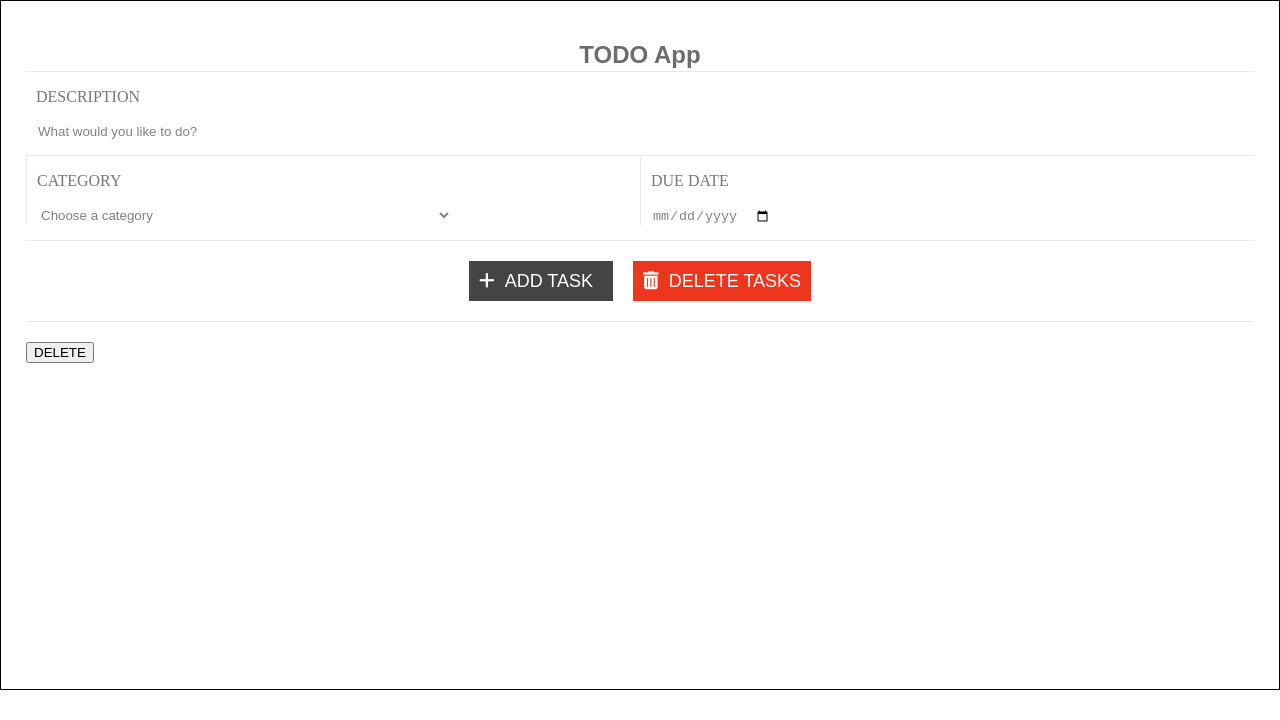
Repository: king-slayer97/TODO-App
Page: http://localhost/
The author's editor kept a copy of each file at every save. The page is drawn from the files as they stood at one save, then again after the next save.
The browser window is 1280 px wide. The pictures show the whole page.
Some web libraries are served in a nearby version. The page is served by the project's Node server (index.js). Other server files are loaded and not shown. Queries for data that is not in the repository find no rows.

Above is the page before, as saved 2022-08-16 22:47:16.

### views/home.ejs
<!DOCTYPE html>
<html lang="en">

<head>
    <meta charset="UTF-8">
    <meta http-equiv="X-UA-Compatible" content="IE=edge">
    <meta name="viewport" content="width=device-width, initial-scale=1.0">
    <title>TODO App</title>
    <link rel="stylesheet" href="https://cdnjs.cloudflare.com/ajax/libs/font-awesome/6.1.1/css/all.min.css"
        integrity="sha512-KfkfwYDsLkIlwQp6LFnl8zNdLGxu9YAA1QvwINks4PhcElQSvqcyVLLD9aMhXd13uQjoXtEKNosOWaZqXgel0g=="
        crossorigin="anonymous" referrerpolicy="no-referrer" />
    <link rel="stylesheet" href="/css/home.css">
</head>

<body>
    <div class="wrapper">
        <div class="heading">
            <h2>TODO App</h2>
        </div>
        <form action="" method="post">
            <div class="description">
                <p>Description</p>
                <input type="text" name="description" placeholder="What would you like to do?">
            </div>
            <div class="section2">
                <div class="category">
                    <p>Category</p>
                    <select name="category">
                        <option selected disabled><i class="fa-solid fa-caret-down"></i>Choose a category </option>
                        <option value="Personal">Personal</option>
                        <option value="Work">Work</option>
                        <option value="School">School</option>
                        <option value="Cleaning">Cleaning</option>
                        <option value="Other">Other</option>
                    </select>
                </div>
                <div class="date">
                    <p>Due Date</p>
                    <input type="date" name="due_date">
                </div>
            </div>
            <div class="buttons">
                <button type="submit" id="add-button" formaction="/create-task"><i class="fa-solid fa-plus"></i>Add
                    Task</button>
                <button id="delete-button" formaction="/delete-task"><i
                        class="fa-solid fa-trash-can"></i>Delete Tasks</button>
            </div>
        <!-- </form>
        <form action="/delete-task" method="POST"> -->
            <div class="tasks">
                <% for(let task of tasks){ %>
                <div class="task">
                    <div class="task-desc">
                        <input type="checkbox" name="taskItem" value=<%=task._id %>>
                        <label>
                            <%=task.description %>
                        </label>
                    </div>
                    <span class="task-dueDate">
                        <i class="fa-solid fa-calendar-days"></i>
                        <%=task.due_date %>
                    </span>
                </div>
                <% } %>
            </div>
            <button type="submit">DELETE</button>
        </form>
    </div>
</body>

</html>

### index.js
const express = require('express');
const PORT = 3000;
const app = express();
const db = require('./config/mongoose');

//setup view engine
app.set('view engine', 'ejs');
app.set('views','./views');
app.use(express.static('assets'));
app.use(express.urlencoded());

//importing routes
const router = require('./routes');
app.use('/',router);

//Listening on port 3000
app.listen(PORT, function(err){
    if(err) {
        console.log(`Error: ${err}`);
    }
    else{
        console.log(`Listening on port ${PORT}`);
    }
});

### controllers/home_controller.js
const Task = require('../models/userTask');

module.exports.homePage = function(req, res){
    Task.find({}, function(err, taskList){
        if(err){
            console.log(`Couldnt perform read operation. Please try again!`);
        }
        else{
            // console.log(taskList);
            res.render('home',{title: "TODO App",tasks:taskList});
        }
    });
};

### assets/css/home.css
body {
  margin: 0;
}

.wrapper {
  border: 1px solid black;
  padding: 20px 25px;
  height: 90vh;
}

.heading {
  text-align: center;
  border-bottom: 1px solid #eaeaea;
  height: 30px;
  /* display: flex;
    align-items: center;
    justify-content: center; */
}

.heading h2 {
  color: #6e6c6b;
  font-family: Arial, Helvetica, sans-serif;
  /* font-style: inherit; */
}

.description {
  border-bottom: 1px solid #eaeaea;
  /* display: flex;
    flex-direction:column;
    justify-content: flex-start; */
  /* background-color: yellow; */
  padding: 0px 10px;
  padding-bottom: 15px;
}

.description p,
.category p,
.date p {
  color: #797575;
  text-transform: uppercase;
  /* background-color: pink; */
}
/*
.description input[type="text"]{
    border-style: none;
    text-align: left;
} */

.section2 {
  display: flex;
  align-items: center;
  justify-content: flex-start;
  border-bottom: 1px solid #eaeaea;
  padding-bottom: 15px;
}

.category select {
    width: 70%;
  /* -webkit-appearance: none;
  -moz-appearance: none;
  appearance: none; Remove default arrow */
  /* background-image: url(...);   Add custom arrow */
  background-color: transparent;

}

select option {
    cursor: pointer;
    /* color: #333; */
}

.category,
.date {
  /* height: 100%; */
  padding: 0px 10px;
  flex: 0.5;
}

/* .date input[type="date"] {
  /* height: 100%; */
/* } */

.category select,
.description input[type="text"],
.date input[type="date"] {
  border: none;
  outline: 0px;
  color: grey;
  /* -webkit-appearance: button; */
  /* -webkit-box-shadow: 0px 1px 3px rgba(0, 0, 0, 0.1); */
}

.section2 .date,
.section2 .category {
  border-left: 1px solid #eaeaea;
}

input::placeholder {
  /*styles here*/
  color: grey;
}

.buttons{
    padding: 10px 15px;
    display: flex;
    align-items: center;
    justify-content: center;
    border-bottom: 1px solid #eaeaea;
}

.buttons button {
    margin: 10px;
    height:40px;
    /* width: 150px; */
    text-transform: uppercase;
    color: white;
    border: none;
    padding:5px 10px;
    cursor: pointer;
    font-size: large;
}

#add-button{
    background-color: #444444;
    padding-right: 20px;
}

#delete-button{
    background-color: #ee351e;
}

#delete-button i,#add-button i{
    margin-right: 10px;
}

.tasks{
  margin-top: 20px;
}

.tasks .task{
  border-bottom: 1px solid #eaeaea;
  padding: 10px 0px;
}

.tasks .task-desc{
  display: flex;
  align-items: center;
}

.tasks .task-dueDate{
  font-size: 12px;
  margin: 20px;
}

After the next save:
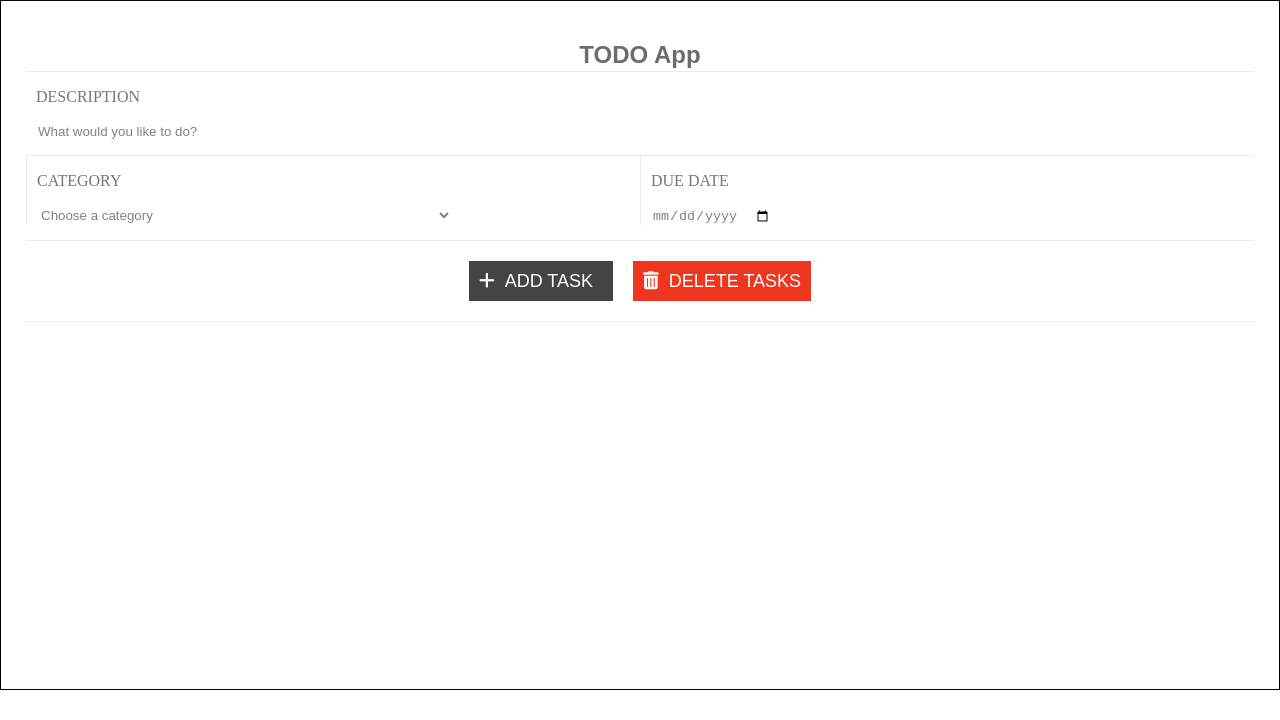
Saved 43 s later.
--- a/views/home.ejs
+++ b/views/home.ejs
@@ -63,7 +63,7 @@
                 </div>
                 <% } %>
             </div>
-            <button type="submit">DELETE</button>
+            <!-- <button type="submit">DELETE</button> -->
         </form>
     </div>
 </body>
